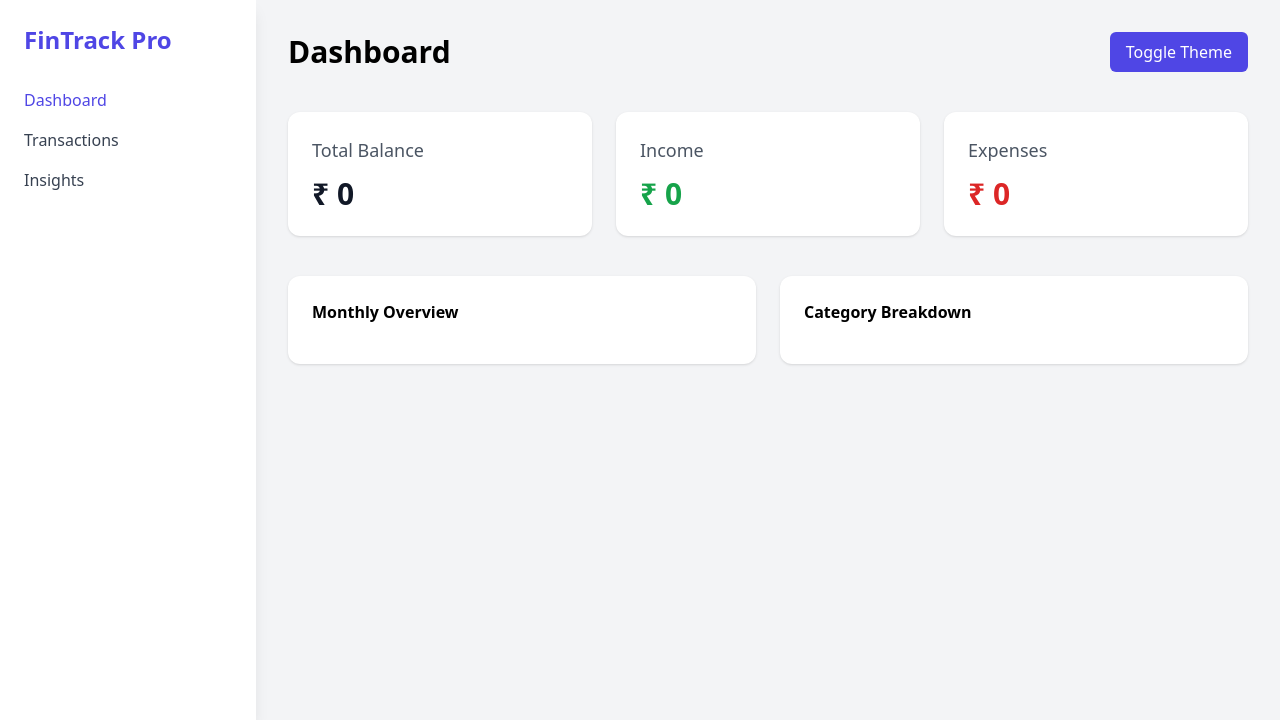
Repository: Shashank1-6/ExpensaX-Personal-Finance-Web-App
Page: frontend/index.html
The author's editor kept a copy of each file at every save. The page is drawn from the files as they stood at one save, then again after the next save.
The browser window is 1280 px wide. The pictures show the whole page.
Some web libraries are served in a nearby version.

Above is the page before, as saved 2025-11-22 20:23:35.
Console error (its wording comes from the project's code and is left out).

### frontend/index.html
<!DOCTYPE html>
<html lang="en">
<head>
  <meta charset="UTF-8">
  <meta name="viewport" content="width=device-width, initial-scale=1.0">
  <title>FinTrack Pro - Dashboard</title>

  <!-- Tailwind CDN -->
  <script src="https://cdn.tailwindcss.com"></script>
</head>

<body class="bg-gray-100 flex">

  <!-- Sidebar -->
  <aside class="w-64 h-screen bg-white shadow-lg fixed left-0 top-0 p-6">
    <h2 class="text-2xl font-bold text-indigo-600 mb-8">FinTrack Pro</h2>

    <nav class="space-y-4">
      <a href="index.html" class="block font-medium text-indigo-600">Dashboard</a>
      <a href="transactions.html" class="block font-medium text-gray-700 hover:text-indigo-600">Transactions</a>
      <a href="insights.html" class="block font-medium text-gray-700 hover:text-indigo-600">Insights</a>
    </nav>
  </aside>

  <!-- Main Content -->
  <main class="ml-64 w-full p-8">

    <!-- Header -->
    <div class="flex justify-between items-center mb-10">
      <h1 class="text-3xl font-bold">Dashboard</h1>
      <button class="px-4 py-2 rounded-md bg-indigo-600 text-white hover:bg-indigo-700">
        Toggle Theme
      </button>
    </div>

    <!-- Summary Cards -->
    <div class="grid grid-cols-3 gap-6 mb-10">
      <div class="p-6 bg-white shadow rounded-xl">
        <h3 class="text-lg font-medium text-gray-600">Total Balance</h3>
        <p id="balance" class="text-3xl font-bold text-gray-900 mt-3">₹ 0</p>
      </div>

      <div class="p-6 bg-white shadow rounded-xl">
        <h3 class="text-lg font-medium text-gray-600">Income</h3>
        <p id="income" class="text-3xl font-bold text-green-600 mt-3">₹ 0</p>
      </div>

      <div class="p-6 bg-white shadow rounded-xl">
        <h3 class="text-lg font-medium text-gray-600">Expenses</h3>
        <p id="expense" class="text-3xl font-bold text-red-600 mt-3">₹ 0</p>
      </div>
    </div>

    <!-- Charts -->
    <div class="grid grid-cols-2 gap-6">
      <div class="bg-white p-6 shadow rounded-xl">
        <h3 class="font-bold mb-4">Monthly Overview</h3>
        <div id="barChart"></div>
      </div>

      <div class="bg-white p-6 shadow rounded-xl">
        <h3 class="font-bold mb-4">Category Breakdown</h3>
        <div id="pieChart"></div>
      </div>
    </div>
  </main>

  <script type="module" src="js/api.js"></script>
  <script type="module" src="js/dashboard.js"></script>
</body>
</html>

### frontend/js/api.js
// api.js - Handles backend API calls for transactions

const API_URL = "http://localhost:5000/api/transactions";

// ===== Fetch all transactions =====
export async function fetchTransactions() {
  try {
    const res = await fetch(API_URL);
    return await res.json();
  } catch (error) {
    console.error("Error fetching transactions:", error);
    return [];
  }
}

// ===== Add a new transaction =====
export async function addTransaction(data) {
  try {
    const res = await fetch(API_URL, {
      method: "POST",
      headers: {
        "Content-Type": "application/json"
      },
      body: JSON.stringify(data),
    });

    return await res.json();
  } catch (error) {
    console.error("Error adding transaction:", error);
  }
}

// ===== Delete Transaction =====
export async function deleteTransaction(id) {
  try {
    await fetch(`${API_URL}/${id}`, {
      method: "DELETE",
    });
  } catch (error) {
    console.error("Error deleting transaction:", error);
  }
}

### frontend/js/dashboard.js
// dashboard.js (Full File)
// Connects UI with backend stats & charts

import { fetchStats, fetchTransactions } from "./api.js";

document.addEventListener("DOMContentLoaded", async () => {

  // 1️⃣ Get summary values from backend
  const stats = await fetchStats();
  if (stats) {
    document.getElementById("income").innerText = `₹ ${stats.income}`;
    document.getElementById("expense").innerText = `₹ ${stats.expense}`;
    document.getElementById("balance").innerText = `₹ ${stats.balance}`;
  }

  // 2️⃣ Get transactions
  const transactions = await fetchTransactions();

  // Format monthly numbers for bar chart
  const monthlyTotals = Array(12).fill(0);
  const monthNames = ["Jan","Feb","Mar","Apr","May","Jun","Jul","Aug","Sep","Oct","Nov","Dec"];

  transactions.forEach(t => {
    const month = new Date(t.date).getMonth();
    monthlyTotals[month] += t.amount * (t.type === "expense" ? -1 : 1);
  });

  // Render Bar Chart
  var bar = new ApexCharts(document.querySelector("#barChart"), {
    chart: { type: "bar", height: 250 },
    series: [{ name: "Net Amount", data: monthlyTotals }],
    xaxis: { categories: monthNames }
  });
  bar.render();

  // Render Pie Chart (category sum)
  const categoryTotals = {};
  transactions.forEach(t => {
    if (!categoryTotals[t.category]) categoryTotals[t.category] = 0;
    categoryTotals[t.category] += t.amount;
  });

  var pie = new ApexCharts(document.querySelector("#pieChart"), {
    chart: { type: "pie", height: 250 },
    series: Object.values(categoryTotals),
    labels: Object.keys(categoryTotals)
  });
  pie.render();

});

After the next save:
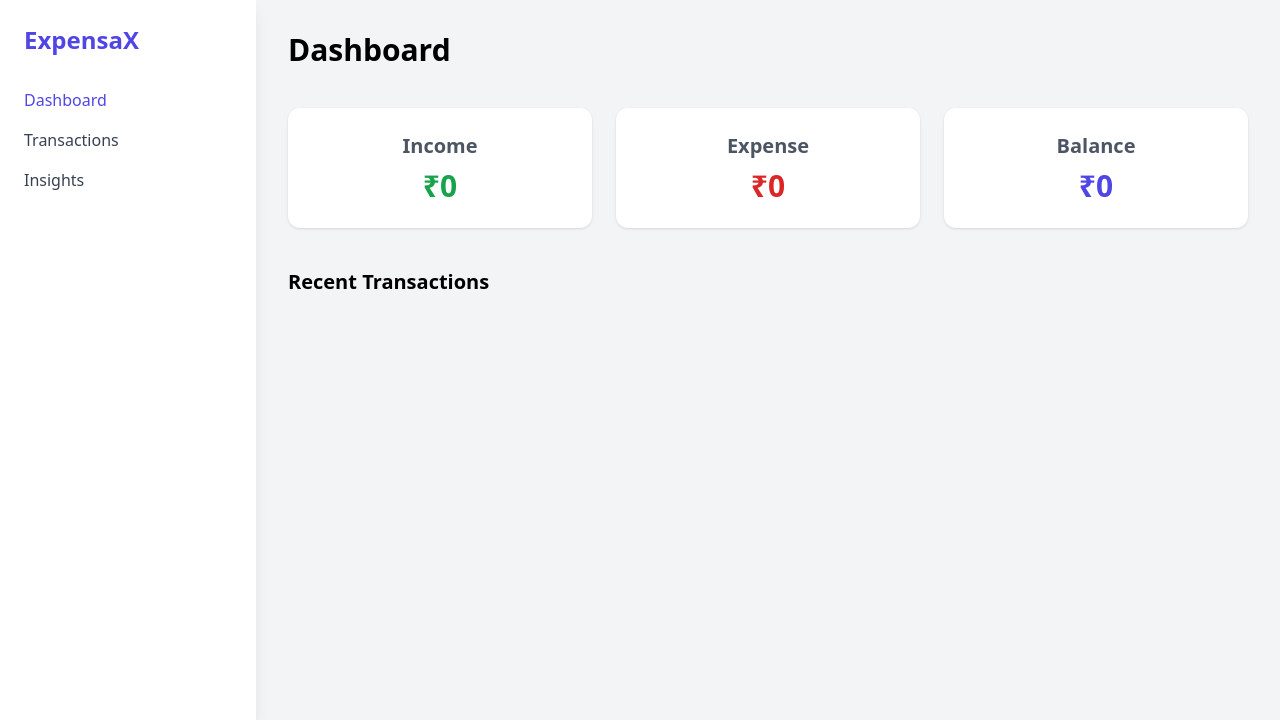
Saved 22 min 9 s later.
--- a/frontend/index.html
+++ b/frontend/index.html
@@ -1,9 +1,9 @@
 <!DOCTYPE html>
 <html lang="en">
 <head>
-  <meta charset="UTF-8">
-  <meta name="viewport" content="width=device-width, initial-scale=1.0">
-  <title>FinTrack Pro - Dashboard</title>
+  <meta charset="UTF-8" />
+  <meta name="viewport" content="width=device-width, initial-scale=1.0" />
+  <title>ExpensaX - Dashboard</title>
 
   <!-- Tailwind CDN -->
   <script src="https://cdn.tailwindcss.com"></script>
@@ -13,7 +13,7 @@
 
   <!-- Sidebar -->
   <aside class="w-64 h-screen bg-white shadow-lg fixed left-0 top-0 p-6">
-    <h2 class="text-2xl font-bold text-indigo-600 mb-8">FinTrack Pro</h2>
+    <h2 class="text-2xl font-bold text-indigo-600 mb-8">ExpensaX</h2>
 
     <nav class="space-y-4">
       <a href="index.html" class="block font-medium text-indigo-600">Dashboard</a>
@@ -26,43 +26,32 @@
   <main class="ml-64 w-full p-8">
 
     <!-- Header -->
-    <div class="flex justify-between items-center mb-10">
+    <div class="mb-10">
       <h1 class="text-3xl font-bold">Dashboard</h1>
-      <button class="px-4 py-2 rounded-md bg-indigo-600 text-white hover:bg-indigo-700">
-        Toggle Theme
-      </button>
     </div>
 
     <!-- Summary Cards -->
-    <div class="grid grid-cols-3 gap-6 mb-10">
-      <div class="p-6 bg-white shadow rounded-xl">
-        <h3 class="text-lg font-medium text-gray-600">Total Balance</h3>
-        <p id="balance" class="text-3xl font-bold text-gray-900 mt-3">₹ 0</p>
+    <div class="grid grid-cols-1 md:grid-cols-3 gap-6 mb-10">
+      <div class="p-6 bg-white rounded-xl shadow text-center">
+        <h3 class="text-xl font-semibold text-gray-600">Income</h3>
+        <p id="incomeValue" class="text-3xl font-bold text-green-600 mt-2">₹0</p>
       </div>
 
-      <div class="p-6 bg-white shadow rounded-xl">
-        <h3 class="text-lg font-medium text-gray-600">Income</h3>
-        <p id="income" class="text-3xl font-bold text-green-600 mt-3">₹ 0</p>
+      <div class="p-6 bg-white rounded-xl shadow text-center">
+        <h3 class="text-xl font-semibold text-gray-600">Expense</h3>
+        <p id="expenseValue" class="text-3xl font-bold text-red-600 mt-2">₹0</p>
       </div>
 
-      <div class="p-6 bg-white shadow rounded-xl">
-        <h3 class="text-lg font-medium text-gray-600">Expenses</h3>
-        <p id="expense" class="text-3xl font-bold text-red-600 mt-3">₹ 0</p>
+      <div class="p-6 bg-white rounded-xl shadow text-center">
+        <h3 class="text-xl font-semibold text-gray-600">Balance</h3>
+        <p id="balanceValue" class="text-3xl font-bold text-indigo-600 mt-2">₹0</p>
       </div>
     </div>
 
-    <!-- Charts -->
-    <div class="grid grid-cols-2 gap-6">
-      <div class="bg-white p-6 shadow rounded-xl">
-        <h3 class="font-bold mb-4">Monthly Overview</h3>
-        <div id="barChart"></div>
-      </div>
+    <!-- Recent Transactions -->
+    <h2 class="text-xl font-bold mb-4">Recent Transactions</h2>
+    <ul id="recentList" class="space-y-4"></ul>
 
-      <div class="bg-white p-6 shadow rounded-xl">
-        <h3 class="font-bold mb-4">Category Breakdown</h3>
-        <div id="pieChart"></div>
-      </div>
-    </div>
   </main>
 
   <script type="module" src="js/api.js"></script>
